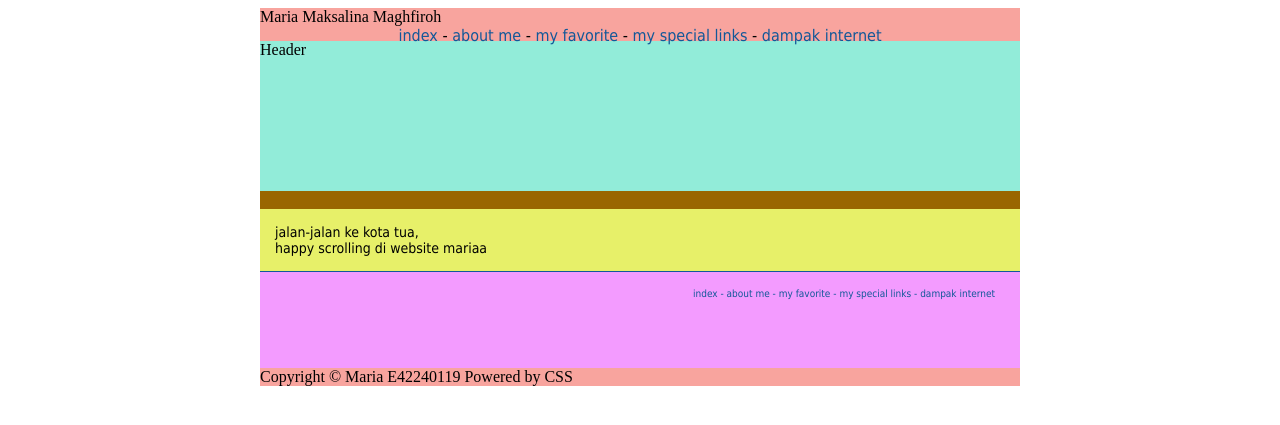
Repository: Bearli-py/latihan_bisdig
Page: index.html
An editor plug-in stored every save of this project. The page is shown before and after the next save, followed by the edit.
The browser window is 1280 px wide. The pictures show the whole page.

Above is the page before, as saved 2025-09-09 16:28:19.

### index.html
<!DOCTYPE html>
<html lang="en">
<head>
    <meta charset="UTF-8">
    <meta name="viewport" content="width=device-width, initial-scale=1.0">
    <link rel="stylesheet" href="style.css">
    <title>Judul</title>

</head>
<body>
    <div id="page-container"> Maria Maksalina Maghfiroh
        <div id="main-nav"><a href="index.html">index</a> -
            <a href="about.html">about me</a> -
            <a href="fav.html">my favorite</a> -
            <a href="links.html">my special links</a> -
            <a
            href="dampak.html">dampak internet</a></div>
        <div id="header">Header</div>
        <div id="side_bar">&nbsp;</div>
        <div id="content">jalan-jalan ke kota tua,<br />
            happy scrolling di website mariaa</div>
        <div id="footer"><div id="altnav">
            <a href="index.html">index</a> -
            <a href="about.html">about me</a> -
            <a href="fav.html">my favorite</a> -
            <a href="links.html">my special links</a> -
            <a
            href="dampak.html">dampak internet</a>
            </div>
        </div>
            Copyright &copy; Maria E42240119 Powered by CSS</div>
            </div>

</body>
</html>

### style.css
#page-container {
    width: 760px;
    margin: auto;
    background: rgb(248, 164, 158);
    text-align: left;
}
#header {
    background: rgb(146, 236, 217);
    height: 150px;
}
#content {
    background: rgb(231, 240, 105);
}
#footer {
    background: rgb(243, 155, 255);
    height: 66px;
}
#main-nav {
    height: 15px;
    text-align:center;
    font-family: Tahoma, Arial, Helvetica, Sans-serif;
}
#main-nav a{
    color: #135899;
    text-decoration: none;
}
#main-nav a:hover{color: #db6d16;}
#footer {
    height: 70px;
    font-family: Tahoma, Arial, Helvetica, Sans-serif;
    font-size: 10px;
    color: #135899;
    border-top: 1px solid #135899;
    padding: 13px 25px;
    line-height: 18px;
}
#footer a {
    color: #135899;
    text-decoration: none;
}
#footer a:hover {
    color: #db6d16;
}
#footer #altnav {
    width: 350px;
    float: right;
    text-align: right;
}
#content {
    font-family:Tahoma, arial, helvetica, sans-serif;
    font-size:14px;
    padding: 15px 15px;
}

#side_bar{
background:#996600;
}

After the next save:
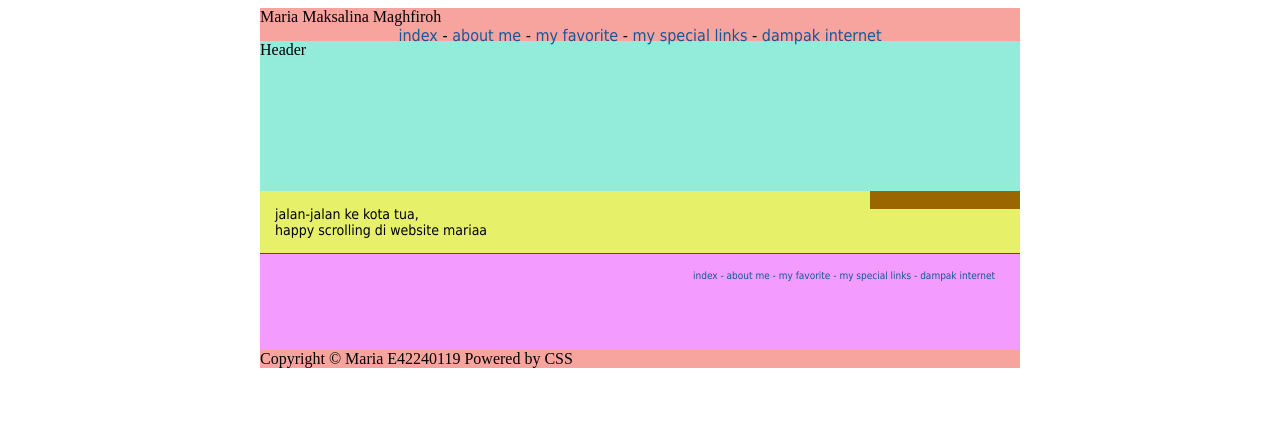
Saved 27 s later.
--- a/style.css
+++ b/style.css
@@ -54,4 +54,6 @@
 
 #side_bar{
 background:#996600;
+float:right;
+width:150px;
 }
